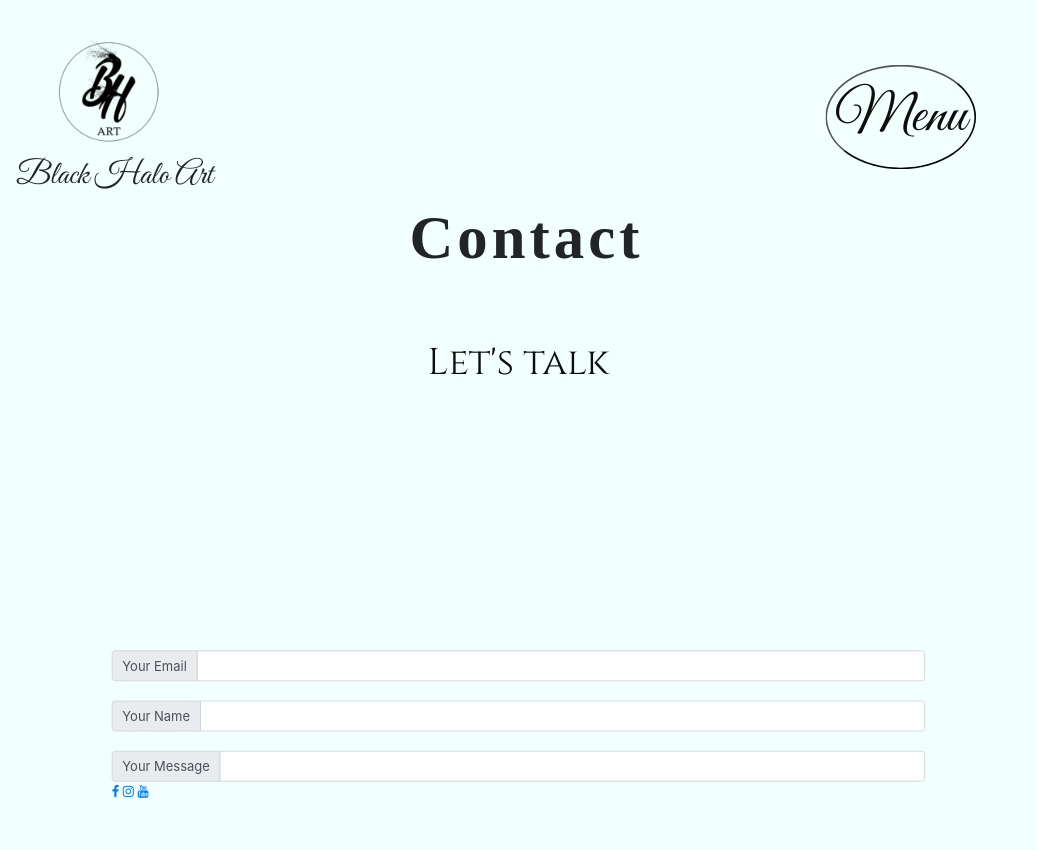
Repository: Cosy-Chaos/project-time
Page: contact.html
The author's editor kept a record of every edit. The page is drawn from the files as they stood at one moment, then again after the next edit.
The browser window is 1280 px wide. The pictures show the whole page, at 81% of full size.
Some web fonts or font styles are not loaded; a fallback is used.

Above is the page before.

### contact.html
<!DOCTYPE html>
<html lang="en">

<head>
    <meta charset="UTF-8">
    <meta name="viewport" content="width=device-width, initial-scale=1.0">
    <meta http-equiv="X-UA-Compatible" content="ie=edge">
    <link href="https://fonts.googleapis.com/css?family=Cinzel|Fredericka+the+Great|Great+Vibes&display=swap" rel="stylesheet">
    <link rel="stylesheet" href="https://stackpath.bootstrapcdn.com/bootstrap/4.3.1/css/bootstrap.min.css" integrity="sha384-ggOyR0iXCbMQv3Xipma34MD+dH/1fQ784/j6cY/iJTQUOhcWr7x9JvoRxT2MZw1T" crossorigin="anonymous">
    <link rel="stylesheet" href="assets/style_contact.css" type="text/css" />
    <link rel="stylesheet" href="https://stackpath.bootstrapcdn.com/font-awesome/4.7.0/css/font-awesome.min.css" type="text/css" />

    <title>Darja Klusina Art</title>
</head>

<body>

    <div class="main-logo">
        <a href="index.html" alt="Main Page"><img src="assets/logo/logo-small.png" alt="Main_Logo"></a></img>
        <div class="name">
            <h1>Black Halo Art</h1>
            <h2>Contact</h2>
        </div>
        <div class="dropdown">
            <button class="dropbtn">Menu</button>
            <div class="dropdown-content">
                <a href="index.html">Home</a>
                <a href="gallery.html">Gallery</a>
                <a href="about.html">About</a>
                <a href="contact.html">Contact</a>
            </div>
        </div>
    </div>

    <div class="content-wrapper">
        <div class="contact-page site-content">
            <div class="conteiner-small text-center">
                <div class="contact-main">
                    <div class="contact-title title-font">Let's talk</div>
                </div>
            </div>
            <div <div class="input-group">
                <div class="input-group-prepend">
                    <span class="input-group-text">Your Email</span>
                </div>
                <input type="text" aria-label="Your email" class="form-control">
            </div>

            <br>

            <div class="input-group">
                <div class="input-group-prepend">
                    <span class="input-group-text">Your Name</span>
                </div>
                <input type="text" aria-label="Your name" class="form-control">
            </div>

            <br>

            <div class="input-group">
                <div class="input-group-prepend">
                    <span class="input-group-text">Your Message</span>
                </div>
                <input type="text" aria-label="Your message" class="form-control">
            </div>

                <div class="about-social">
        <div class="so-item">

            <a href="https://www.facebook.com/blackhaloartist" target="_blank"><i class="fa fa-facebook"></i></a>
            <a href="https://www.instagram.com/blackhaloart/?fbclid=IwAR0IRtwjyj7-B-Tjv5CWjwHUeW9T6ptEm2dCBusSJtjk9olMUAFV6_Zk6og" target="_blank"><i class="fa fa-instagram"></i></a>
            <a href="https://www.youtube.com/channel/UCi3hfkN2DdiEeLvPHpxXXuQ?fbclid=IwAR0wBTjIhNcOKGbDGRSvACz2A8fbxU-7GMN3wKTMOusY2LFUkzb-oG_WCSA" target="_blank"><i class="fa fa-youtube"></i></a>

        </div>

        </div>
    </div>



</body>

</html>

### assets/style_contact.css
body {
    background-color: #f1fffd;
}



.main-logo {
    padding-top: 50px;
    padding-left: 20px;
    margin: 0;
    text-align: left;

}

.main-logo img {
    padding-left: 50px;
}

.main-logo h1 {
    font-family: 'Great Vibes', cursive;
    padding-top: 15px;
    text-align: left;
}

.main-logo h2 {
    text-align: center;
    font-family: 'Fredericka the Great', cursive;
    font-size: 75px;
    font-weight: 600;
    letter-spacing: 5px;
}

.dropbtn {
    background-color: transparent;
    font-family: 'Great Vibes', cursive;
    color: #0d0d0d;
    font-size: 70px;
    padding: 10px;
    border-radius: 100%;
}

.dropdown {
    position: absolute;
    top: 80px;
    right: 75px;
    display: inline-block;
}


.dropdown-content {
    display: none;
    position: absolute;
    background-color: transparent;
    min-width: 185px;
    box-shadow: 0px 2px 8px 0px #191970;
    z-index: 1;
}


.dropdown-content a {
    color: #0d0d0d;
    font-family: 'Great Vibes', cursive;
    text-align: center;
    font-size: 40px;
    padding: 12px 16px;
    text-decoration: none;
    display: block;
}


.dropdown-content a:hover {
    background-color: #ddd;
}


.dropdown:hover .dropdown-content {
    display: block;
}


.dropdown:hover .dropbtn {
    background-color: transparent;
}

.content-wrapper {
    padding-left: 10%;
    padding-right: 10%;
}
.content-wrapper {
    -webkit-box-flex: 1;
    -ms-flex: 1;
    flex: 1;
}
.content-wrapper {
    -webkit-box-flex: 1;
    -ms-flex: 1 1 auto;
    flex: 1 1 auto;
    height: 100%;
}

.site-wrapper {
    padding-left: 10%;
    padding-right: 10%;
}
.site-wrapper {
    -webkit-box-flex: 1;
    -ms-flex: 1;
    flex: 1;
}
.site-wrapper {
    -webkit-box-flex: 1;
    -ms-flex: 1 1 auto;
    flex: 1 1 auto;
    height: 100%;
}

.contact-page {
    padding-bottom: 3.75rem;
}

.site-content {
    margin-left: 0.625rem;
    margin-right: 0.625rem;
}

.contact-page>.container-small {
    padding-left: 0;
    padding-right: 0;
}
.container-small {
    max-width: 51.25rem;
}
.container-small, .container-lg {
    margin-left: auto;
    margin-right: auto;
    padding-left: 0.9375rem;
    padding-right: 0.9375rem;
    width: 100%;
}
.text-center {
    text-align: center;
}

.contact-main {
    padding-top: 2.9375rem;
    padding-bottom: 10.00rem;
}

.contact-title title-font h1, h2, h3, h4, .title-font {
    font-family: 'Cinzel', serif;
}
.contact-title {
    font-size: 2.875rem;
    margin-top: 1.25rem;
    margin-bottom: 10.00rem;
    color: #0d0d0d;
    text-align: center;
}

After the next edit:
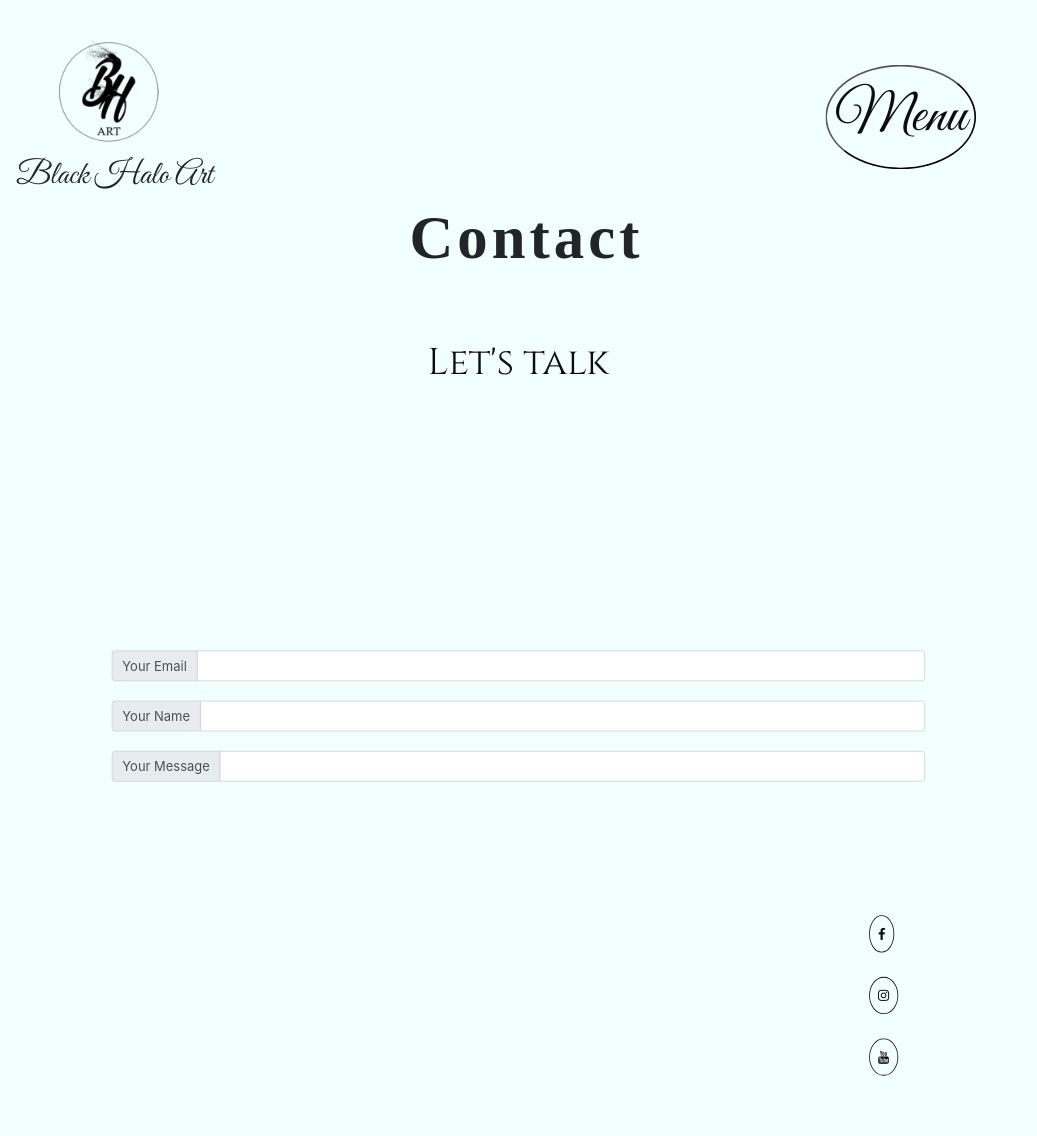
The edit:
--- a/assets/style_contact.css
+++ b/assets/style_contact.css
@@ -86,11 +86,13 @@
     padding-left: 10%;
     padding-right: 10%;
 }
+
 .content-wrapper {
     -webkit-box-flex: 1;
     -ms-flex: 1;
     flex: 1;
 }
+
 .content-wrapper {
     -webkit-box-flex: 1;
     -ms-flex: 1 1 auto;
@@ -102,11 +104,13 @@
     padding-left: 10%;
     padding-right: 10%;
 }
+
 .site-wrapper {
     -webkit-box-flex: 1;
     -ms-flex: 1;
     flex: 1;
 }
+
 .site-wrapper {
     -webkit-box-flex: 1;
     -ms-flex: 1 1 auto;
@@ -127,16 +131,20 @@
     padding-left: 0;
     padding-right: 0;
 }
+
 .container-small {
     max-width: 51.25rem;
 }
-.container-small, .container-lg {
+
+.container-small,
+.container-lg {
     margin-left: auto;
     margin-right: auto;
     padding-left: 0.9375rem;
     padding-right: 0.9375rem;
     width: 100%;
 }
+
 .text-center {
     text-align: center;
 }
@@ -146,9 +154,14 @@
     padding-bottom: 10.00rem;
 }
 
-.contact-title title-font h1, h2, h3, h4, .title-font {
+.contact-title title-font h1,
+h2,
+h3,
+h4,
+.title-font {
     font-family: 'Cinzel', serif;
 }
+
 .contact-title {
     font-size: 2.875rem;
     margin-top: 1.25rem;
@@ -156,3 +169,24 @@
     color: #0d0d0d;
     text-align: center;
 }
+
+.about-social {
+    margin-top: 150px;
+    margin-left:920px;
+    display:inline-block;
+}
+
+
+.about-social a {
+    color: #0d0d0d;
+    border-radius: 50%;
+    border: 1px solid #0d0d0d;
+    padding: 10px;
+    margin: 15px;
+    display: inline-block;
+}
+
+.about-social a:hover {
+    transition: .20s ease-in-out;
+    text-shadow: 2px 2px 5px #191970;
+}
